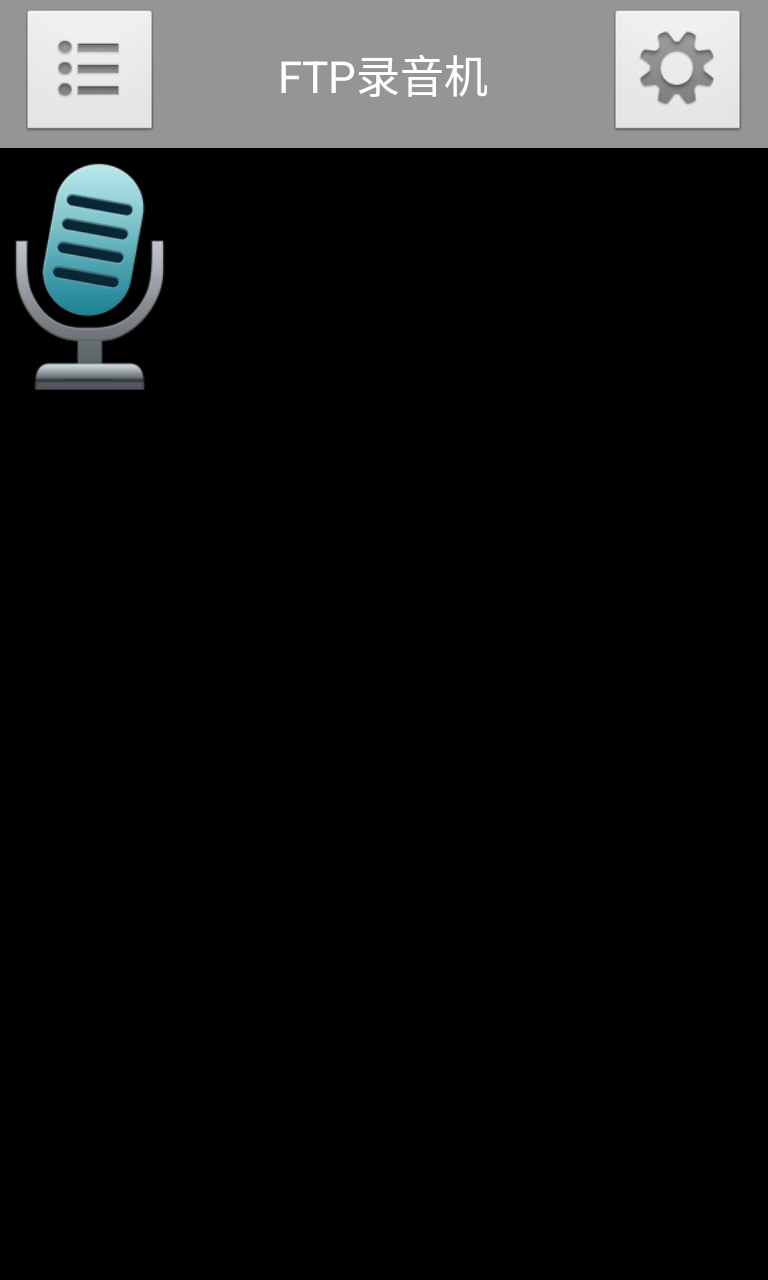
Repository: stone-jin/WAVRecoder
Layout: WAVRecoder2/res/layout/main.xml
These files come from the project's save history. The layout is drawn as it stood at one moment and after the next save; the edit follows.
It is drawn on a 768 x 1280 px phone screen (xhdpi) without system bars, with theme Anim_style2; the app's code is not run.

Above is the layout before, as saved 2014-05-06 18:57:19.

After the next save:
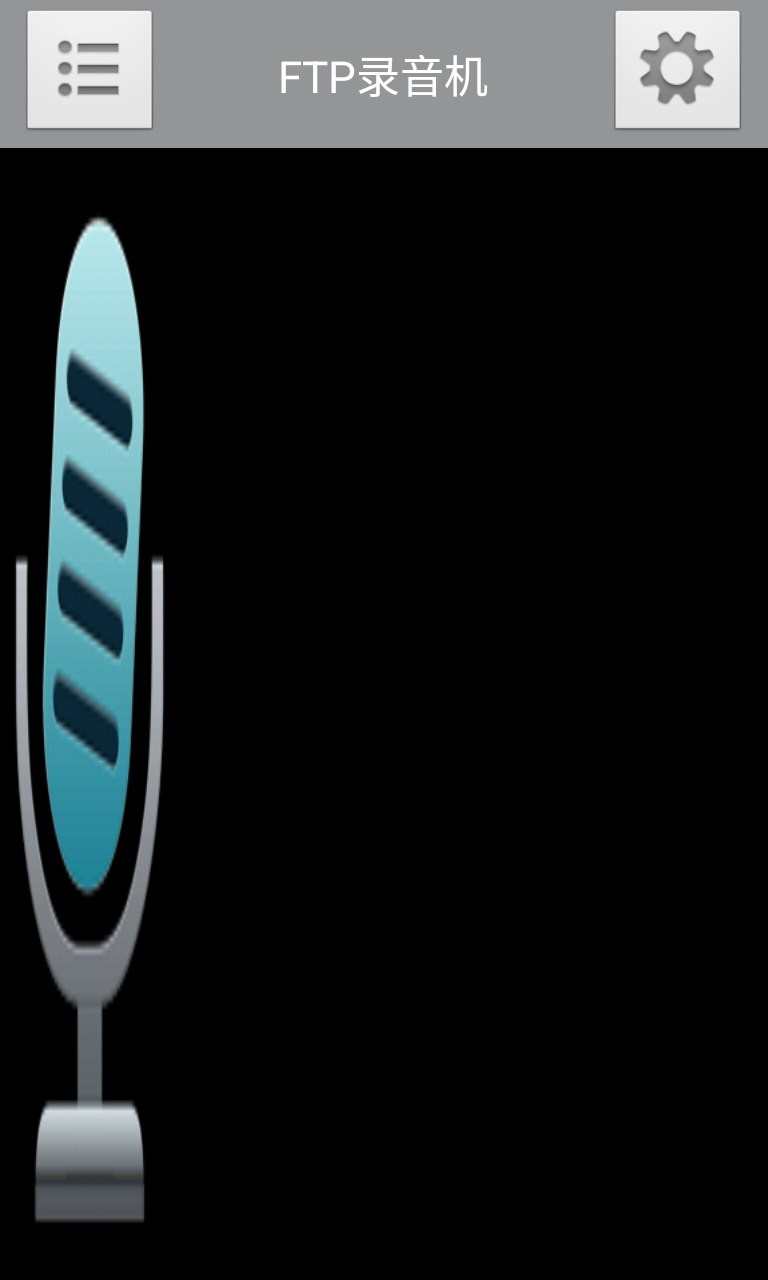
Saved 26 s later.
--- a/WAVRecoder2/res/layout/main.xml
+++ b/WAVRecoder2/res/layout/main.xml
@@ -9,7 +9,9 @@
     <ImageView
         android:layout_width="wrap_content"
         android:layout_height="wrap_content"
+        android:layout_weight="1"
         android:background="@drawable/icon"
+        android:layout_gravity="center_vertical"
         />
 
 
